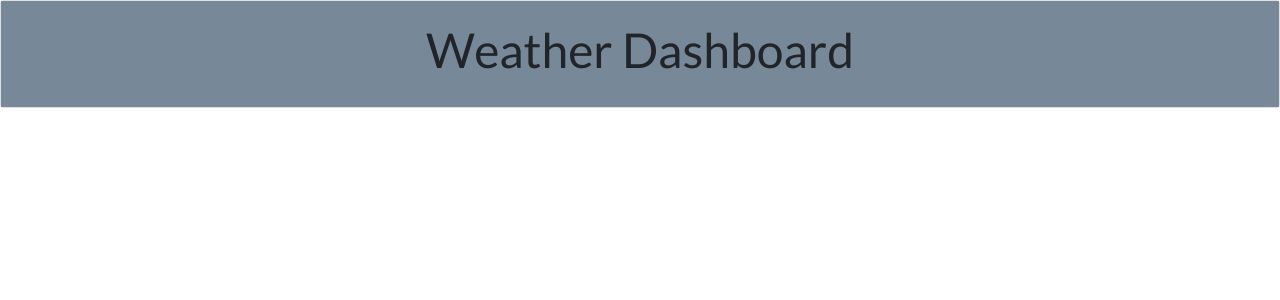
Repository: himaja830/Weather-Dashboard
Page: index.html
An editor plug-in stored every save of this project. The page is shown before and after the next save, followed by the edit.
The browser window is 1280 px wide. The pictures show the whole page.
Some web libraries are served in a nearby version.

Above is the page before, as saved 2020-06-26 12:35:11.

After the next save:
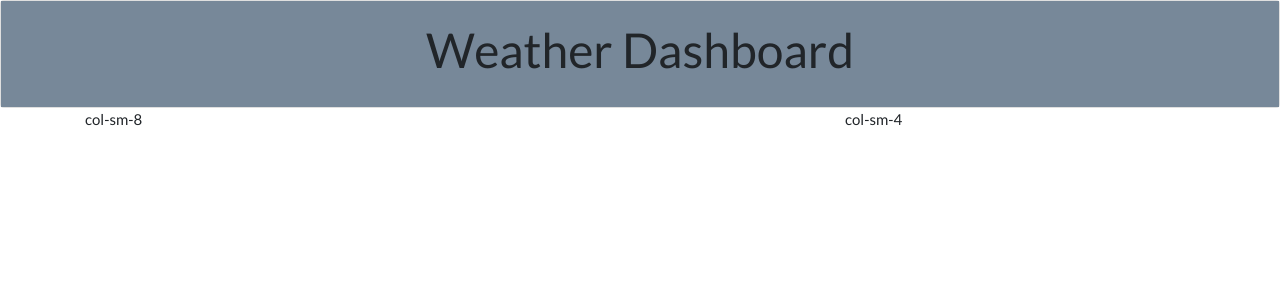
Saved 6 min 37 s later.
--- a/index.html
+++ b/index.html
@@ -18,6 +18,12 @@
         <h1>Weather Dashboard</h1>
     </div>
 </div>
+<div class="container">
+    <div class="row">
+      <div class="col-sm-8">col-sm-8</div>
+      <div class="col-sm-4">col-sm-4</div>
+    </div>
+</div>
 
 
 </body>

After the save that followed:
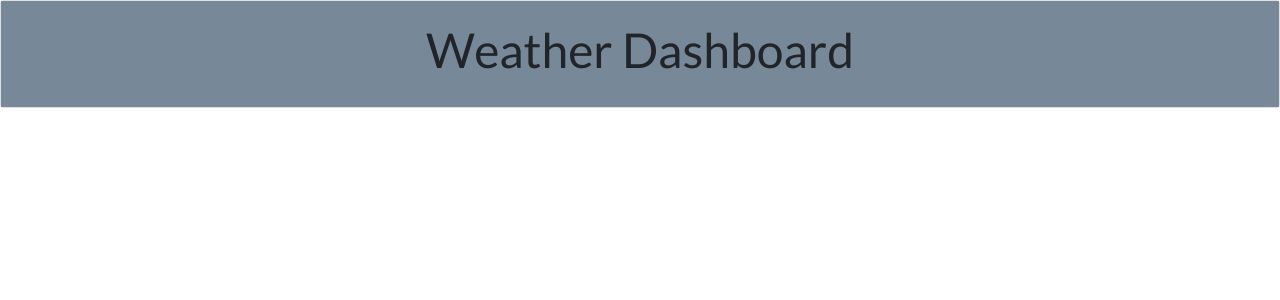
Saved 40 s later.
--- a/index.html
+++ b/index.html
@@ -20,8 +20,8 @@
 </div>
 <div class="container">
     <div class="row">
-      <div class="col-sm-8">col-sm-8</div>
-      <div class="col-sm-4">col-sm-4</div>
+      <div class="col-sm-4"></div>
+      <div class="col-sm-8"></div>
     </div>
 </div>
 
